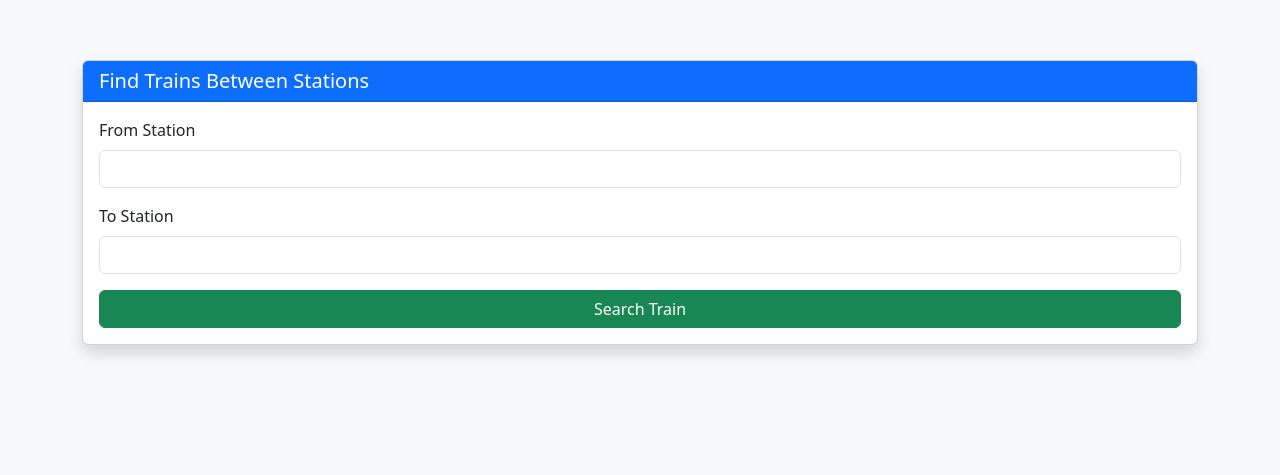
Repository: PrathamSahani/TMS-Sprint2
Page: http://localhost/TMS/TrainBwStn.jsp
The author's editor kept a copy of each file at every save. The page is drawn from the files as they stood at one save, then again after the next save.
The browser window is 1280 px wide. The pictures show the whole page.
The page is served by Tomcat 10.

Above is the page before, as saved 2025-04-25 18:05:43.

After the next save:
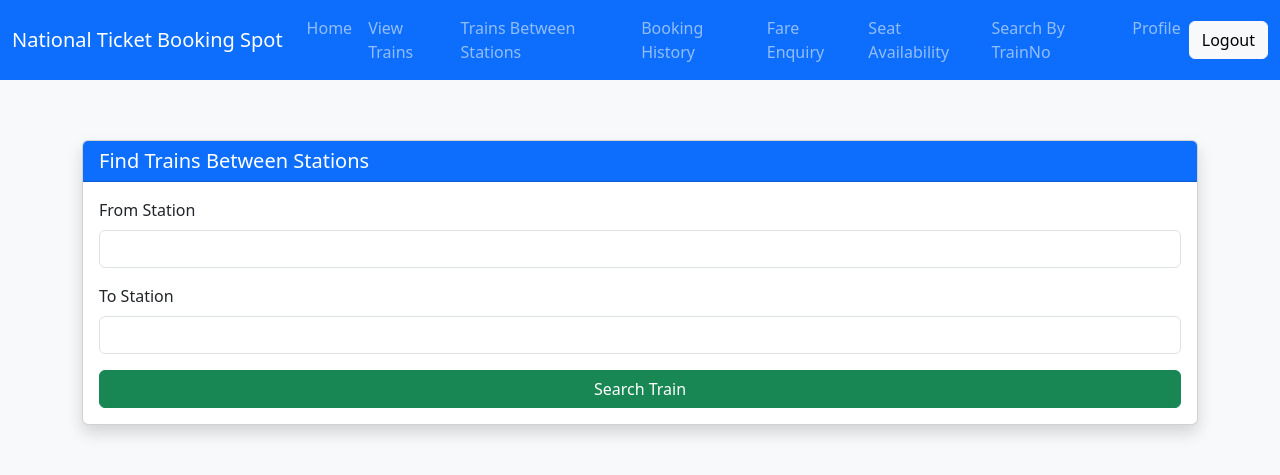
Saved 30 s later.
--- a/Update/TMS/src/main/webapp/TrainBwStn.jsp
+++ b/Update/TMS/src/main/webapp/TrainBwStn.jsp
@@ -19,7 +19,29 @@
 </head>
 <body>
 
-
+<nav class="navbar navbar-expand-lg navbar-dark bg-primary">
+    <div class="container-fluid">
+      <a class="navbar-brand" href="#">National Ticket Booking Spot</a>
+      <button class="navbar-toggler" type="button" data-bs-toggle="collapse" data-bs-target="#navbarNav">
+        <span class="navbar-toggler-icon"></span>
+      </button>
+      <div class="collapse navbar-collapse" id="navbarNav">
+        <ul class="navbar-nav me-auto mb-2 mb-lg-0">
+          <li class="nav-item"><a class="nav-link" href="${pageContext.request.contextPath}/userhome">Home</a></li>
+          <li class="nav-item"><a class="nav-link" href="${pageContext.request.contextPath}/userviewtrainfwd">View Trains</a></li>
+          <li class="nav-item"><a class="nav-link" href="${pageContext.request.contextPath}/trainbwstnfwd">Trains Between Stations</a></li>
+          <li class="nav-item"><a class="nav-link" href="${pageContext.request.contextPath}/bookingdetails">Booking History</a></li>
+          <li class="nav-item"><a class="nav-link" href="${pageContext.request.contextPath}/fareenqfwd">Fare Enquiry</a></li>
+          <li class="nav-item"><a class="nav-link" href="${pageContext.request.contextPath}/useravailfwd">Seat Availability</a></li>
+          <li class="nav-item"><a class="nav-link" href="${pageContext.request.contextPath}/usersearchtrain">Search By TrainNo</a></li>
+          <li class="nav-item"><a class="nav-link" href="${pageContext.request.contextPath}/userhome">Profile</a></li>
+        </ul>
+        <div class="d-flex">
+          <a class="btn btn-light" href="${pageContext.request.contextPath}/userlogout">Logout</a>
+        </div>
+      </div>
+    </div>
+  </nav>
 <div class="container search-container">
     <div class="card shadow animated-form">
         <div class="card-header bg-primary text-white">
